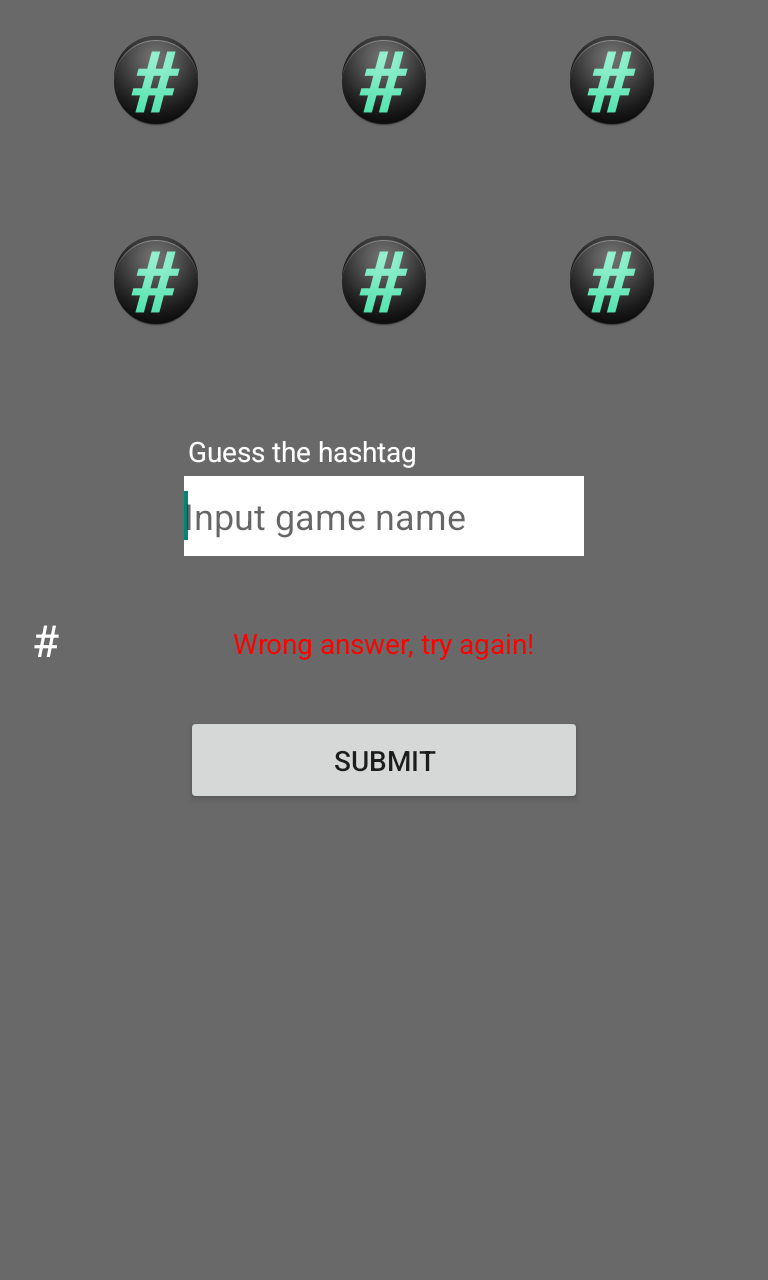
Repository: Hannanina/GuessTag
Layout: GuessTag/res/layout/activity_guess_tag.xml
An editor plug-in stored every save of this project. The layout is shown before and after the next save, followed by the edit.
It is drawn on a 768 x 1280 px phone screen (xhdpi) without system bars, with theme AppTheme; the app's code is not run.

Above is the layout before, as saved 2014-12-17 10:57:13.

### GuessTag/res/layout/activity_guess_tag.xml
<RelativeLayout xmlns:android="http://schemas.android.com/apk/res/android"
    xmlns:tools="http://schemas.android.com/tools"
    android:layout_width="match_parent"
    android:layout_height="match_parent"
    android:paddingBottom="@dimen/activity_vertical_margin"
    android:paddingLeft="@dimen/activity_horizontal_margin"
    android:paddingRight="@dimen/activity_horizontal_margin"
    android:paddingTop="@dimen/activity_vertical_margin"
    android:background="@color/DimGray"
    tools:context="com.example.guesstag.GuessTagActivity" >


   <LinearLayout
       android:id="@+id/top_image_container"
       android:layout_width="fill_parent"
       android:layout_height="100dp"
       android:paddingLeft="5dp"
       android:paddingRight="5dp" >
   		<ImageView
       		android:id="@+id/image_one"
       		android:layout_width="0dp"
       		android:layout_height="wrap_content"
       		android:layout_weight="0.33"
       		android:maxHeight="100dp"
	   		android:contentDescription="@string/image_one"
	   		android:src="@drawable/ic_launcher" >
   		</ImageView>
   		<ImageView
       		android:id="@+id/image_two"
       		android:layout_width="0dp"
       		android:layout_height="wrap_content"
       		android:layout_weight="0.33"
       		android:paddingRight="5dp"
       		android:paddingLeft="5dp"
       		android:contentDescription="@string/image_two"
       		android:src="@drawable/ic_launcher" >
   		</ImageView>
   		<ImageView
       		android:id="@+id/image_three"
       		android:layout_width="0dp"
       		android:layout_height="wrap_content"
       		android:layout_weight="0.33"
       		android:contentDescription="@string/image_three"
       		android:src="@drawable/ic_launcher" >
   		</ImageView>
   </LinearLayout>
   <LinearLayout
       android:id="@+id/bottom_image_container"
       android:layout_width="fill_parent"
       android:layout_height="100dp"
       android:paddingLeft="5dp"
       android:paddingRight="5dp"
       android:layout_below="@+id/top_image_container" >
   		<ImageView
       		android:id="@+id/image_four"
       		android:layout_width="0dp"
       		android:layout_height="wrap_content"
       		android:layout_weight="0.33"
	   		android:contentDescription="@string/image_four"
	   		android:src="@drawable/ic_launcher" >
   		</ImageView>
   		<ImageView
       		android:id="@+id/image_five"
       		android:layout_width="0dp"
       		android:layout_height="wrap_content"
       		android:layout_weight="0.33"
       		android:paddingRight="5dp"
       		android:paddingLeft="5dp"
       		android:contentDescription="@string/image_five"
       		android:src="@drawable/ic_launcher" >
   		</ImageView>
   		<ImageView
       		android:id="@+id/image_six"
       		android:layout_width="0dp"
       		android:layout_height="wrap_content"
       		android:layout_weight="0.33"
       		android:contentDescription="@string/image_six"
       		android:src="@drawable/ic_launcher" >
   		</ImageView>
   </LinearLayout>
   <LinearLayout
        android:id="@+id/input_container"
        android:orientation="vertical"
        android:layout_width="200dp"
        android:layout_height="96dp"
        android:layout_centerHorizontal="true"
        android:layout_below="@+id/bottom_image_container" >
   		<TextView
        	android:id="@+id/guess_the_hashtag"
        	android:layout_width="wrap_content"
	    	android:layout_height="wrap_content"
	    	android:layout_marginLeft="2dp"
	    	android:layout_marginBottom="3dp"
	    	android:text="@string/guess_the_hashtag"
	    	android:textColor="@color/White">
    	</TextView>
    	<EditText
        	android:id="@+id/input_game_name"
        	android:layout_width="match_parent"
        	android:layout_height="40dp"
        	android:layout_gravity="center"
        	android:background="@color/White"
        	android:ems="10"
        	android:hint="@string/input_game_name" >
        	<requestFocus />
    	</EditText>
    </LinearLayout>
    <TextView
        android:id="@+id/textView2"
        android:layout_width="wrap_content"
        android:layout_height="wrap_content"
        android:layout_toTheLeftOf="@+id/input_container"
        android:layout_centerVertical="true"
        android:text="#"
     	android:textColor="@color/White"
        android:textAppearance="?android:attr/textAppearanceLarge" >
    </TextView>
    <TextView
       	android:id="@+id/wrong_answer"
        android:layout_width="wrap_content"
        android:layout_height="wrap_content"
        android:layout_centerHorizontal="true"
        android:layout_below="@+id/input_container"
        android:text="@string/wrong_answer"
        android:textColor="@color/Red"
        android:textAppearance="?android:attr/textAppearanceSmall" >
    </TextView>
    <Button
        android:id="@+id/buttonSubmit"
  	    android:layout_width="200dp"
	    android:layout_height="48dp"
        android:layout_below="@+id/wrong_answer"
        android:layout_centerHorizontal="true"
        android:layout_marginTop="25dp"
        android:text="submit"
        android:onClick="onClickSubmit" />


</RelativeLayout>

### GuessTag/res/values/colors.xml
<?xml version="1.0" encoding="utf-8"?>
<resources>
 <color name="white">#FFFFFF</color>
 <color name="yellow">#FFFF00</color>
 <color name="fuchsia">#FF00FF</color>
 <color name="red">#FF0000</color>
 <color name="silver">#C0C0C0</color>
 <color name="gray">#808080</color>
 <color name="olive">#808000</color>
 <color name="purple">#800080</color>
 <color name="maroon">#800000</color>
 <color name="aqua">#00FFFF</color>
 <color name="lime">#00FF00</color>
 <color name="teal">#008080</color>
 <color name="green">#008000</color>
 <color name="blue">#0000FF</color>
 <color name="navy">#000080</color>
 <color name="black">#000000</color>


 <color name="White">#FFFFFF</color>
 <color name="Ivory">#FFFFF0</color>
 <color name="LightYellow">#FFFFE0</color>
 <color name="Yellow">#FFFF00</color>
 <color name="Snow">#FFFAFA</color>
 <color name="FloralWhite">#FFFAF0</color>
 <color name="LemonChiffon">#FFFACD</color>
 <color name="Cornsilk">#FFF8DC</color>
 <color name="Seashell">#FFF5EE</color>
 <color name="LavenderBlush">#FFF0F5</color>
 <color name="PapayaWhip">#FFEFD5</color>
 <color name="BlanchedAlmond">#FFEBCD</color>
 <color name="MistyRose">#FFE4E1</color>
 <color name="Bisque">#FFE4C4</color>
 <color name="Moccasin">#FFE4B5</color>
 <color name="NavajoWhite">#FFDEAD</color>
 <color name="PeachPuff">#FFDAB9</color>
 <color name="Gold">#FFD700</color>
 <color name="Pink">#FFC0CB</color>
 <color name="LightPink">#FFB6C1</color>
 <color name="Orange">#FFA500</color>
 <color name="LightSalmon">#FFA07A</color>
 <color name="DarkOrange">#FF8C00</color>
 <color name="Coral">#FF7F50</color>
 <color name="HotPink">#FF69B4</color>
 <color name="Tomato">#FF6347</color>
 <color name="OrangeRed">#FF4500</color>
 <color name="DeepPink">#FF1493</color>
 <color name="Fuchsia">#FF00FF</color>
 <color name="Magenta">#FF00FF</color>
 <color name="Red">#FF0000</color>
 <color name="OldLace">#FDF5E6</color>
 <color name="LightGoldenrodYellow">#FAFAD2</color>
 <color name="Linen">#FAF0E6</color>
 <color name="AntiqueWhite">#FAEBD7</color>
 <color name="Salmon">#FA8072</color>
 <color name="GhostWhite">#F8F8FF</color>
 <color name="MintCream">#F5FFFA</color>
 <color name="WhiteSmoke">#F5F5F5</color>
 <color name="Beige">#F5F5DC</color>
 <color name="Wheat">#F5DEB3</color>
 <color name="SandyBrown">#F4A460</color>
 <color name="Azure">#F0FFFF</color>
 <color name="Honeydew">#F0FFF0</color>
 <color name="AliceBlue">#F0F8FF</color>
 <color name="Khaki">#F0E68C</color>
 <color name="LightCoral">#F08080</color>
 <color name="PaleGoldenrod">#EEE8AA</color>
 <color name="Violet">#EE82EE</color>
 <color name="DarkSalmon">#E9967A</color>
 <color name="Lavender">#E6E6FA</color>
 <color name="LightCyan">#E0FFFF</color>
 <color name="BurlyWood">#DEB887</color>
 <color name="Plum">#DDA0DD</color>
 <color name="Gainsboro">#DCDCDC</color>
 <color name="Crimson">#DC143C</color>
 <color name="PaleVioletRed">#DB7093</color>
 <color name="Goldenrod">#DAA520</color>
 <color name="Orchid">#DA70D6</color>
 <color name="Thistle">#D8BFD8</color>
 <color name="LightGrey">#D3D3D3</color>
 <color name="Tan">#D2B48C</color>
 <color name="Chocolate">#D2691E</color>
 <color name="Peru">#CD853F</color>
 <color name="IndianRed">#CD5C5C</color>
 <color name="MediumVioletRed">#C71585</color>
 <color name="Silver">#C0C0C0</color>
 <color name="DarkKhaki">#BDB76B</color>
 <color name="RosyBrown">#BC8F8F</color>
 <color name="MediumOrchid">#BA55D3</color>
 <color name="DarkGoldenrod">#B8860B</color>
 <color name="FireBrick">#B22222</color>
 <color name="PowderBlue">#B0E0E6</color>
 <color name="LightSteelBlue">#B0C4DE</color>
 <color name="PaleTurquoise">#AFEEEE</color>
 <color name="GreenYellow">#ADFF2F</color>
 <color name="LightBlue">#ADD8E6</color>
 <color name="DarkGray">#A9A9A9</color>
 <color name="Brown">#A52A2A</color>
 <color name="Sienna">#A0522D</color>
 <color name="YellowGreen">#9ACD32</color>
 <color name="DarkOrchid">#9932CC</color>
 <color name="PaleGreen">#98FB98</color>
 <color name="DarkViolet">#9400D3</color>
 <color name="MediumPurple">#9370DB</color>
 <color name="LightGreen">#90EE90</color>
 <color name="DarkSeaGreen">#8FBC8F</color>
 <color name="SaddleBrown">#8B4513</color>
 <color name="DarkMagenta">#8B008B</color>
 <color name="DarkRed">#8B0000</color>
 <color name="BlueViolet">#8A2BE2</color>
 <color name="LightSkyBlue">#87CEFA</color>
 <color name="SkyBlue">#87CEEB</color>
 <color name="Gray">#808080</color>
 <color name="Olive">#808000</color>
 <color name="Purple">#800080</color>
 <color name="Maroon">#800000</color>
 <color name="Aquamarine">#7FFFD4</color>
 <color name="Chartreuse">#7FFF00</color>
 <color name="LawnGreen">#7CFC00</color>
 <color name="MediumSlateBlue">#7B68EE</color>
 <color name="LightSlateGray">#778899</color>
 <color name="SlateGray">#708090</color>
 <color name="OliveDrab">#6B8E23</color>
 <color name="SlateBlue">#6A5ACD</color>
 <color name="DimGray">#696969</color>
 <color name="MediumAquamarine">#66CDAA</color>
 <color name="CornflowerBlue">#6495ED</color>
 <color name="CadetBlue">#5F9EA0</color>
 <color name="DarkOliveGreen">#556B2F</color>
 <color name="Indigo">#4B0082</color>
 <color name="MediumTurquoise">#48D1CC</color>
 <color name="DarkSlateBlue">#483D8B</color>
 <color name="SteelBlue">#4682B4</color>
 <color name="RoyalBlue">#4169E1</color>
 <color name="Turquoise">#40E0D0</color>
 <color name="MediumSeaGreen">#3CB371</color>
 <color name="LimeGreen">#32CD32</color>
 <color name="DarkSlateGray">#2F4F4F</color>
 <color name="SeaGreen">#2E8B57</color>
 <color name="ForestGreen">#228B22</color>
 <color name="LightSeaGreen">#20B2AA</color>
 <color name="DodgerBlue">#1E90FF</color>
 <color name="MidnightBlue">#191970</color>
 <color name="Aqua">#00FFFF</color>
 <color name="Cyan">#00FFFF</color>
 <color name="SpringGreen">#00FF7F</color>
 <color name="Lime">#00FF00</color>
 <color name="MediumSpringGreen">#00FA9A</color>
 <color name="DarkTurquoise">#00CED1</color>
 <color name="DeepSkyBlue">#00BFFF</color>
 <color name="DarkCyan">#008B8B</color>
 <color name="Teal">#008080</color>
 <color name="Green">#008000</color>
 <color name="DarkGreen">#006400</color>
 <color name="Blue">#0000FF</color>
 <color name="MediumBlue">#0000CD</color>
 <color name="DarkBlue">#00008B</color>
 <color name="Navy">#000080</color>
 <color name="Black">#000000</color>
</resources>

### GuessTag/res/values/strings.xml
<?xml version="1.0" encoding="utf-8"?>
<resources>

    <string name="app_name">guess#</string>
    <string name="hello_world">Hello world!</string>
    <string name="action_settings">Settings</string>

    <!-- BACK BUTTON -->
    <string name="button_back">Back</string>

    <!-- START ACTIVITY -->
    <string name="start_heading">guess#</string>
    <string name="button_start">New game</string>
    <string name="button_highscore">Highscore</string>
    <string name="button_rules">Rules</string>
    <string name="title_activity_rules">RulesActivity</string>

    <!-- RULES ACTIVITY -->
    <string name="rules_heading">Rules</string>
    <string name="rules_text">Lorem ipsum dolor sit amet, consectetuer adipiscing elit, sed diam nonummy nibh euismod tincidunt ut laoreet dolore magna aliquam erat volutpat. Ut wisi enim ad minim veniam, quis nostrud exerci tation ullamcorper suscipit lobortis nisl ut aliquip ex ea commodo consequat. Duis autem vel eum iriure dolor in hendrerit in vulputate velit esse molestie consequat, vel illum dolore eu feugiat nulla facilisis at vero eros et accumsan et iusto odio dignissim qui blandit praesent luptatum zzril delenit augue duis dolore te feugait nulla facilisi. Nam liber tempor cum soluta nobis eleifend option congue nihil imperdiet doming id quod mazim placerat facer possim assum. Typi non habent claritatem insitam; est usus legentis in iis qui facit eorum claritatem. Investigationes demonstraverunt lectores legere me lius quod ii legunt saepius. Claritas est etiam processus dynamicus, qui sequitur mutationem consuetudium lectorum. Mirum est notare quam littera gothica, quam nunc putamus parum claram, anteposuerit litterarum formas humanitatis per seacula quarta decima et quinta decima. Eodem modo typi, qui nunc nobis videntur parum clari, fiant sollemnes in futurum.</string>

    <!-- NEW ACTIVITY -->
    <string name="new_heading">New game</string>
    <string name="button_host">Host game</string>
    <string name="button_join">Join game</string>

    <!-- HOST ACTIVITY -->
    <string name="host_heading">Host game</string>
    <string name="game_name_instruction">Input game name</string>
    <string name="difficulty_setting_instruction">Set difficulty</string>
    <string name="input_game_name">Input game name</string>
    <string name="difficulty_setting_level">medium</string>
    <string name="button_create">Create game</string>

    <!-- WAIT HOST ACTIVITY -->
    <string name="host_wait_heading">Host game</string>
    <string name="waiting_for_players">Waiting for players.</string>
    <string name="button_start_game">Start game</string>

    <!-- WAIT GUEST ACTIVITY -->
    <string name="guest_wait_heading">Join game</string>
    <string name="waiting_for_host">Waiting for host.</string>

    <!-- INPUT TAG ACTIVITY -->
    <string name="title_activity_input_tag">InputTagActivity</string>
    <string name="title_activity_select_tagger">SelectTaggerActivity</string>

    <!-- TIMER ACTIVITY -->
    <string name="title_activity_timer">TimerActivity</string>
    <string name="title_activity_host">HostActivity</string>
    <string name="title_activity_guess_tag">GuessTagActivity</string>
    <string name="title_activity_result_round">ResultRoundActivity</string>
    <string name="title_activity_join_game">JoinGameActivity</string>
    <string name="title_activity_result_final">ResultFinalActivity</string>

    <!-- GUESS TAG ACTIVITY -->
    <string name="guess_the_hashtag">Guess the hashtag</string>
    <string name="wrong_answer">Wrong answer, try again!</string>
    <string name="image_one">Image 1</string>
    <string name="image_two">Image 2</string>
    <string name="image_three">Image 3</string>
    <string name="image_four">Image 4</string>
    <string name="image_five">Image 5</string>
    <string name="image_six">Image 6</string>

    <!-- HIGHSCORE ACTIVITY -->
    <string name="title_activity_highscore">Highscore List</string>
    <string name="title_section1">Easy</string>
    <string name="title_section2">Medium</string>
    <string name="title_section3">Hard</string>
    <string name="title_activity_wait_host">WaitHostActivity</string>
    <string name="title_activity_wait_guest">WaitGuestActivity</string>

    <!-- RESULT FINAL ACTIVITY -->
    <string name="final_result">Final result</string>
    <string name="button_end">End game</string>

    <!-- HIGHSCORE LIST ITEM -->
    <string name="game_name">game name</string>
    <string name="nr_of_guesses">55</string>
    <string name="total_time_spent">3:46</string>
    <string name="points">104</string>

    <!-- USER NAME POPUP -->
    <string name="choose_an_alias">Choose an alias</string>
    <string name="button_ok">OK</string>
    <string name="input_alias">alias</string>

        <string name="image_view_1">ImageView1</string>


</resources>

Loaded but not shown: GuessTag/res/values/styles.xml (common file); GuessTag/res/values-v11/styles.xml (common file); GuessTag/res/values-v14/styles.xml (common file); GuessTag/res/values/dimens.xml (common file); GuessTag/res/values-w820dp/dimens.xml (common file)

After the next save:
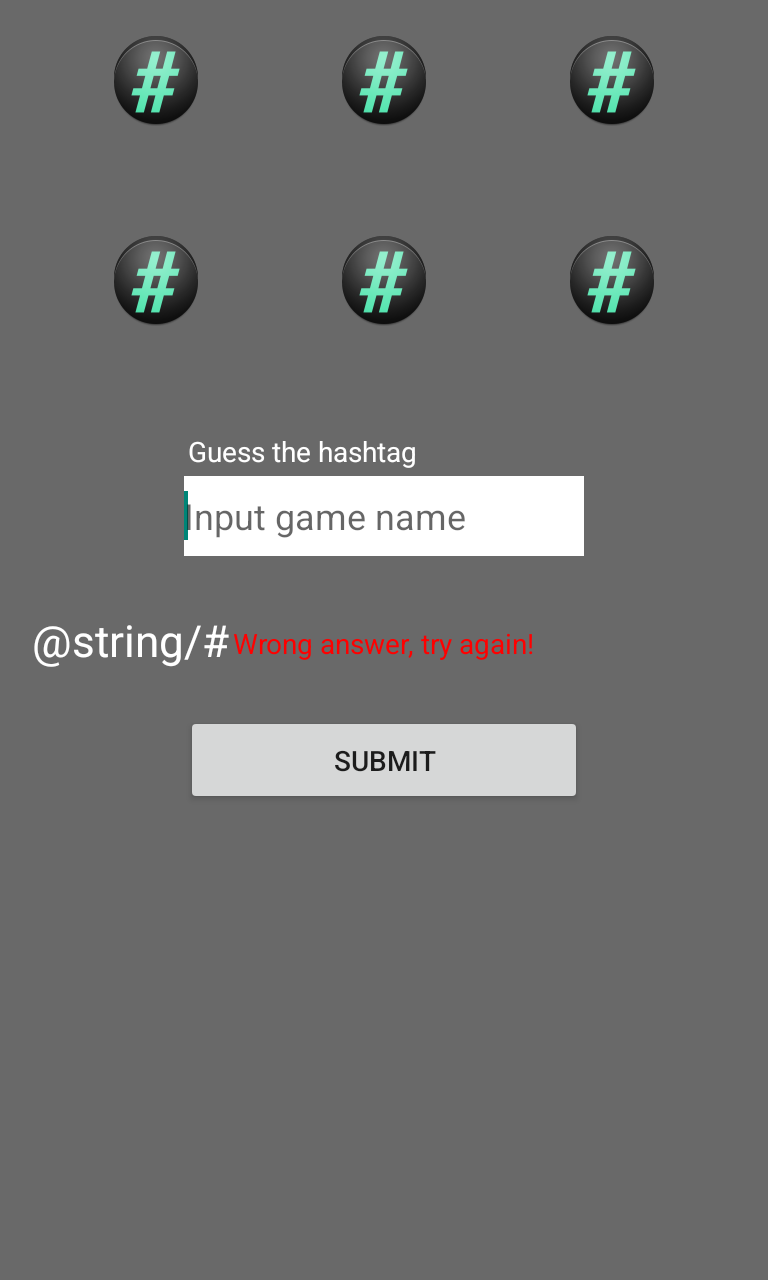
Saved 27 s later.
--- a/GuessTag/res/layout/activity_guess_tag.xml
+++ b/GuessTag/res/layout/activity_guess_tag.xml
@@ -111,7 +111,7 @@
         android:layout_height="wrap_content"
         android:layout_toTheLeftOf="@+id/input_container"
         android:layout_centerVertical="true"
-        android:text="#"
+        android:text="@string/#"
      	android:textColor="@color/White"
         android:textAppearance="?android:attr/textAppearanceLarge" >
     </TextView>
